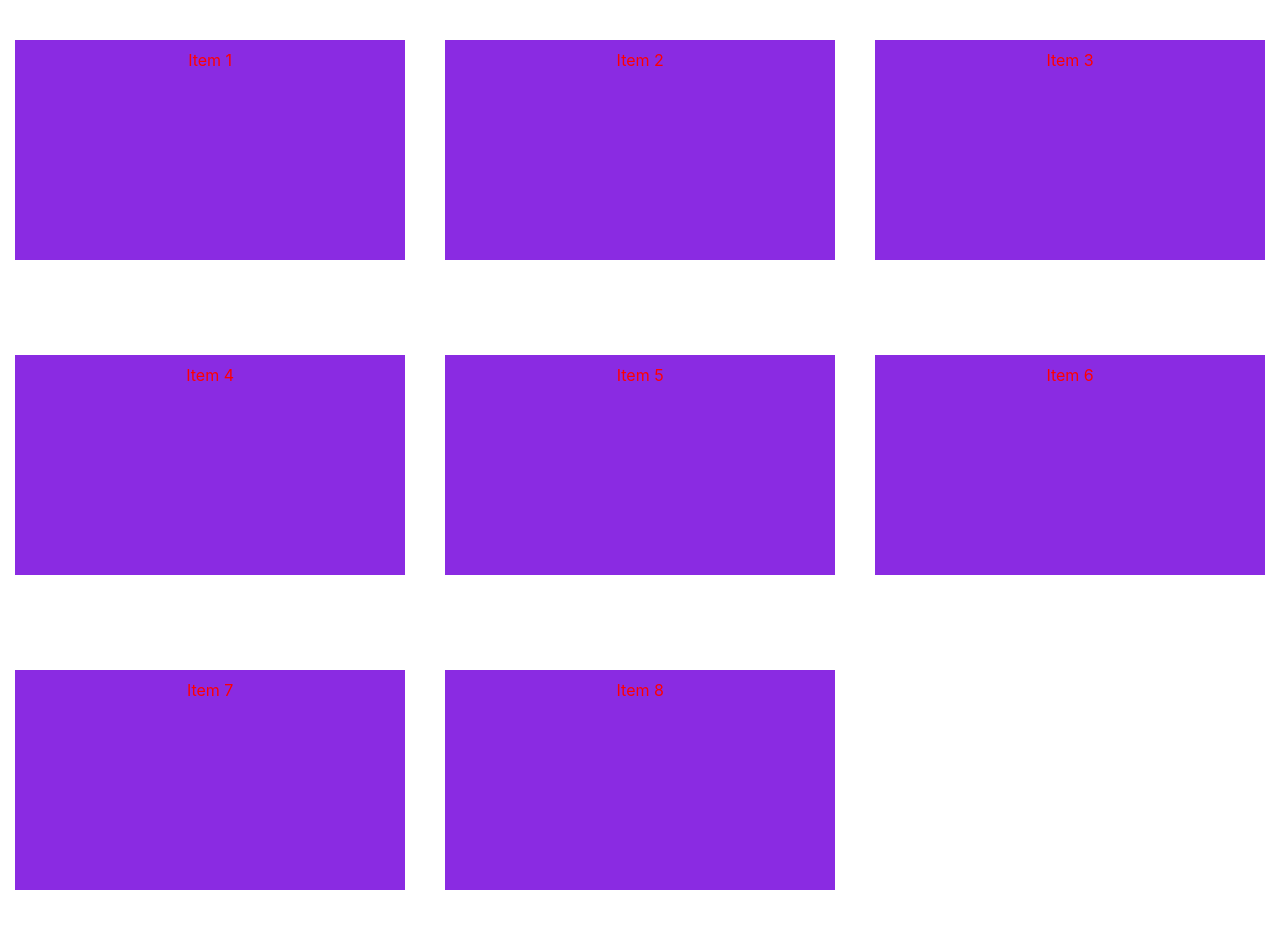
Repository: thai-shriya/anxiety-tracker
Page: /
An editor plug-in stored every save of this project. The page is shown before and after the next save, followed by the edit.
The browser window is 1280 px wide. The pictures show the whole page.
The project was rebuilt for these pictures with package versions that can differ from the ones it lists, and the page was loaded fresh each time.

Above is the page before, as saved 2024-04-22 14:59:04.

### src/App.js
import './App.css';

function App() {
  return (
    <div className='grid-container'>
      <div className='grid-item'>Item 1</div>
      <div className='grid-item'>Item 2</div>
      <div className='grid-item'>Item 3</div>
      <div className='grid-item'>Item 4</div>
      <div className='grid-item'>Item 5</div>
      <div className='grid-item'>Item 6</div>
      <div className='grid-item'>Item 7</div>
      <div className='grid-item'>Item 8</div>
    </div>

  );
}

export default App;

### src/App.css
.grid-container{
  display: grid;
  grid-template-columns: auto auto auto;
  column-gap: 10px;
  row-gap: 15px;
}

.grid-item{
  color:red;
  padding: 10px;
  text-align: center;
  border: 1px red;
  background-color:blueviolet;
  margin: 40px 15px 40px 15px;
  height: 200px;
}

Loaded but not shown: public/index.html (common file); src/index.js (common file); src/index.css (common file); src/reportWebVitals.js (common file)

After the next save:
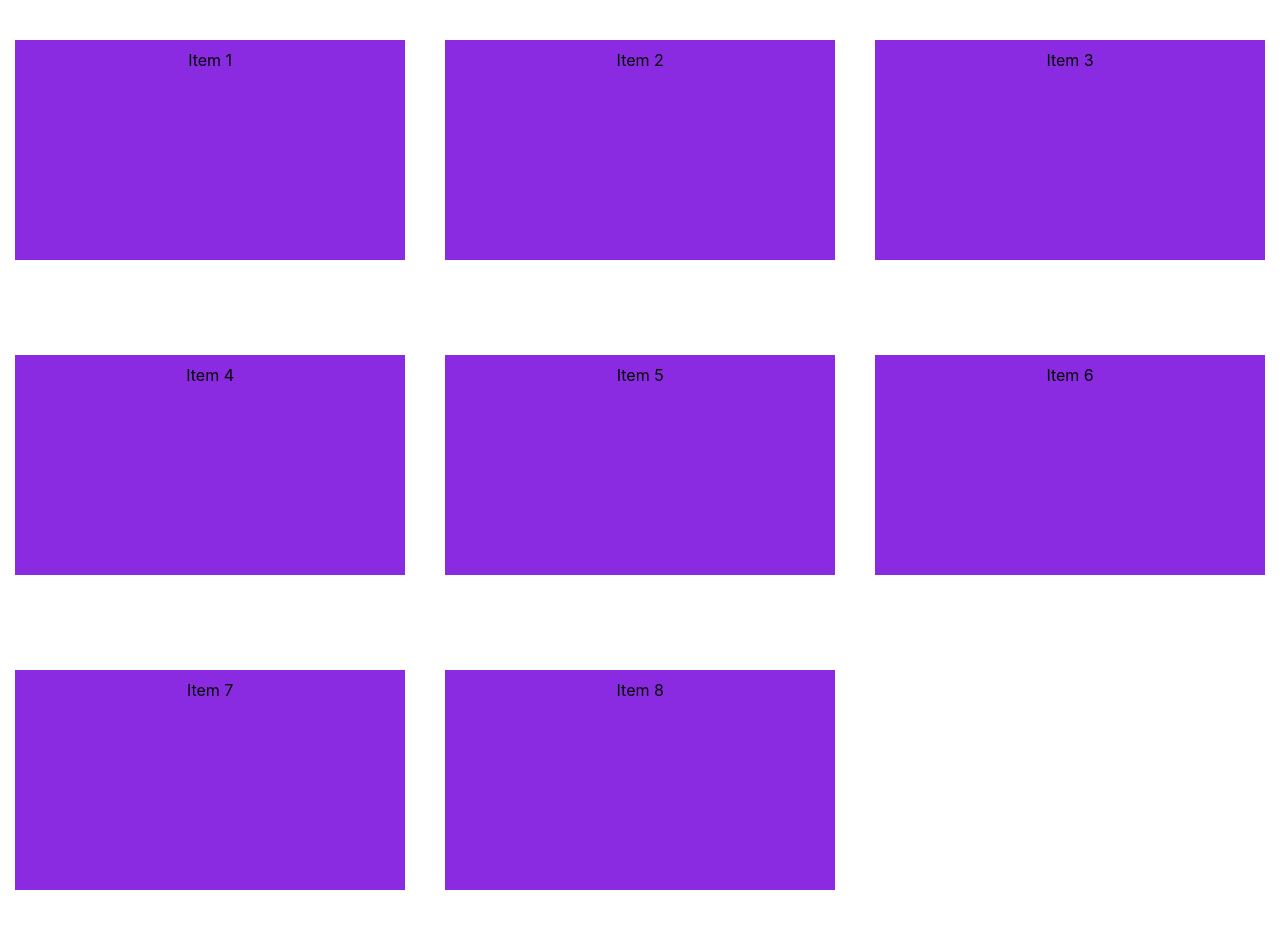
Saved 18 s later.
--- a/src/App.css
+++ b/src/App.css
@@ -6,7 +6,6 @@
 }
 
 .grid-item{
-  color:red;
   padding: 10px;
   text-align: center;
   border: 1px red;
